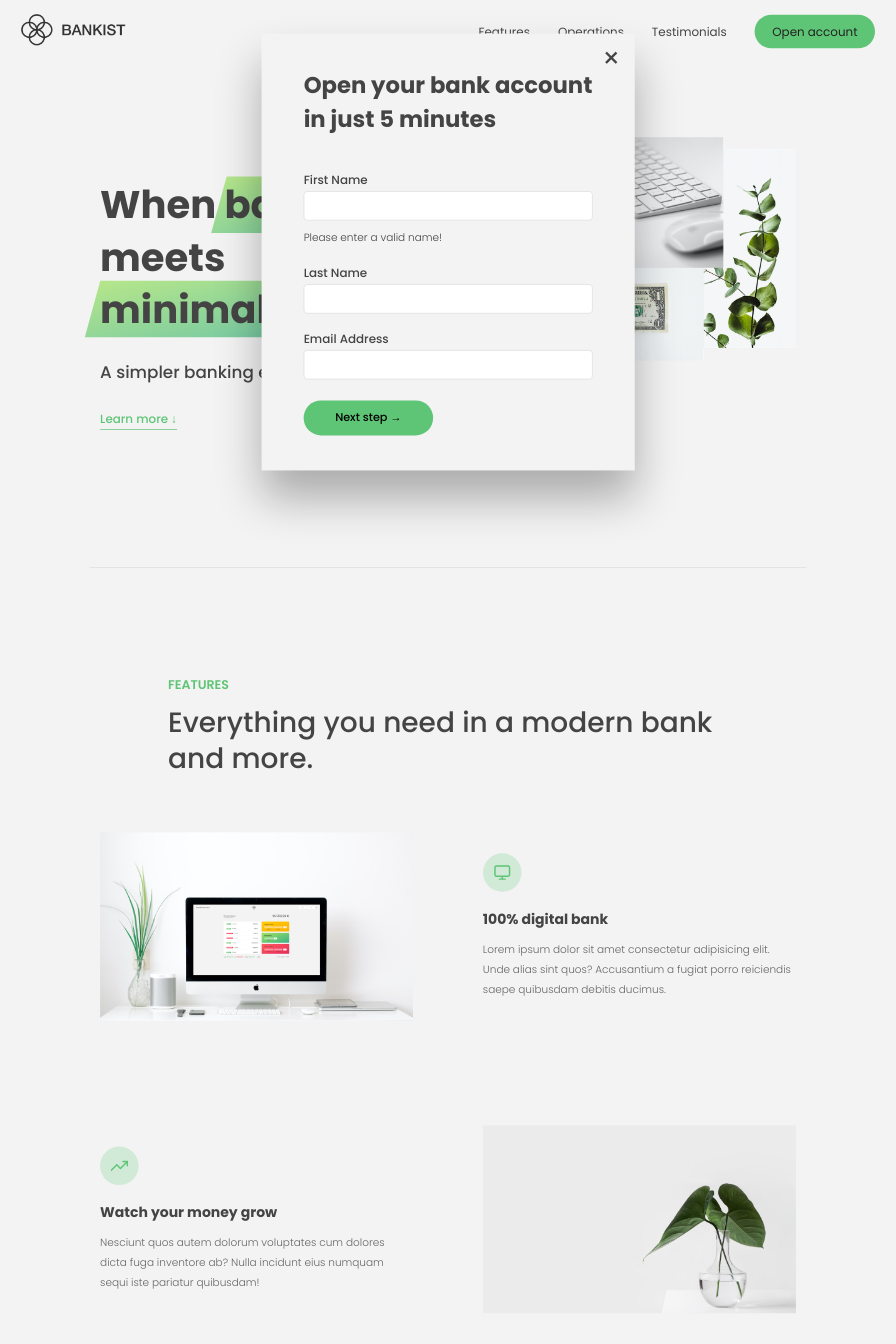
Repository: nptg3105/Bankist
Page: index.html
An editor plug-in stored every save of this project. The page is shown before and after the next save, followed by the edit.
The browser window is 1280 px wide. The pictures show the part of the page from y = 0 to 1920 px (the page is 5256 px tall), at 70% of full size.
Some web libraries are served in a nearby version.

Above is the page before, as saved 2022-06-03 15:01:53.

### index.html
<!DOCTYPE html>
<html lang="en">
  <head>
    <meta charset="UTF-8" />
    <meta name="viewport" content="width=device-width, initial-scale=1.0" />
    <meta http-equiv="X-UA-Compatible" content="ie=edge" />
    <link rel="shortcut icon" type="image/png" href="images/icon.png" />

    <link
      href="https://fonts.googleapis.com/css?family=Poppins:300,400,500,600&display=swap"
      rel="stylesheet"
    />
    <link
      rel="stylesheet"
      href="https://cdnjs.cloudflare.com/ajax/libs/font-awesome/6.1.1/css/all.min.css"
      integrity="sha512-KfkfwYDsLkIlwQp6LFnl8zNdLGxu9YAA1QvwINks4PhcElQSvqcyVLLD9aMhXd13uQjoXtEKNosOWaZqXgel0g=="
      crossorigin="anonymous"
      referrerpolicy="no-referrer"
    />
    <link rel="stylesheet" href="dist/index.css" />
    <title>Bankist | When Banking meets Minimalist</title>
  </head>
  <body>
    <nav class="nav container-fluid">
      <a href="#header"
        ><img
          src="images/logo.png"
          alt="Bankist logo"
          class="nav__logo"
          id="logo"
      /></a>
      <ul class="nav__links">
        <li class="nav__item">
          <a class="nav__link" href="#section--1">Features</a>
        </li>
        <li class="nav__item">
          <a class="nav__link" href="#section--2">Operations</a>
        </li>
        <li class="nav__item">
          <a class="nav__link" href="#section--3">Testimonials</a>
        </li>
        <li class="nav__item">
          <a class="nav__link nav__link--btn btn--show-modal" href="#"
            >Open account</a
          >
        </li>
      </ul>

      <div class="nav__button">
        <div class="nav__hamburger">
          <span></span>
        </div>
      </div>
    </nav>
    <ul class="nav-mobile">
      <div class="nav-mobile__links">
        <li class="nav-mobile__link"><a href="#section--1">Features</a></li>
        <li class="nav-mobile__link"><a href="#section--2">Operations</a></li>
        <li class="nav-mobile__link"><a href="#section--3">Testimonials</a></li>
        <li class="nav-mobile__link">
          <a class="nav__link--btn btn--show-modal" href="#">Open account</a>
        </li>
      </div>
    </ul>
    <header id="header" class="header container">
      <div class="header__title">
        <h1>
          When
          <!-- Green highlight effect -->
          <span class="highlight">banking</span>
          meets<br />
          <span class="highlight">minimalist</span>
        </h1>
        <h4>A simpler banking experience for a simpler life.</h4>
        <button class="btn--text btn--scroll-to">Learn more &DownArrow;</button>
        <img
          src="images/hero.png"
          class="header__img"
          alt="Minimalist bank items"
        />
      </div>
    </header>

    <section class="section container" id="section--1">
      <div class="section__title">
        <h2 class="section__description">Features</h2>
        <h3 class="section__header">
          Everything you need in a modern bank and more.
        </h3>
      </div>

      <div class="features">
        <div class="features__item">
          <img
            src="images/digital-lazy.jpg"
            data-src="images/digital.jpg"
            alt="Computer"
            class="features__img lazy-img"
          />
          <div class="features__feature">
            <div class="features__icon">
              <svg>
                <use xlink:href="images/icons.svg#icon-monitor"></use>
              </svg>
            </div>
            <h5 class="features__header">100% digital bank</h5>
            <p>
              Lorem ipsum dolor sit amet consectetur adipisicing elit. Unde
              alias sint quos? Accusantium a fugiat porro reiciendis saepe
              quibusdam debitis ducimus.
            </p>
          </div>
        </div>

        <div class="features__item features__item--reverse">
          <img
            src="images/grow-lazy.jpg"
            data-src="images/grow.jpg"
            alt="Plant"
            class="features__img lazy-img"
          />
          <div class="features__feature">
            <div class="features__icon">
              <svg>
                <use xlink:href="images/icons.svg#icon-trending-up"></use>
              </svg>
            </div>
            <h5 class="features__header">Watch your money grow</h5>
            <p>
              Nesciunt quos autem dolorum voluptates cum dolores dicta fuga
              inventore ab? Nulla incidunt eius numquam sequi iste pariatur
              quibusdam!
            </p>
          </div>
        </div>

        <div class="features__item">
          <img
            src="images/card-lazy.jpg"
            data-src="images/card.jpg"
            alt="Credit card"
            class="features__img lazy-img"
          />
          <div class="features__feature">
            <div class="features__icon">
              <svg>
                <use xlink:href="images/icons.svg#icon-credit-card"></use>
              </svg>
            </div>
            <h5 class="features__header">Free debit card included</h5>
            <p>
              Quasi, fugit in cumque cupiditate reprehenderit debitis animi enim
              eveniet consequatur odit quam quos possimus assumenda dicta fuga
              inventore ab.
            </p>
          </div>
        </div>
      </div>
    </section>

    <section class="section container" id="section--2">
      <div class="section__title">
        <h2 class="section__description">Operations</h2>
        <h3 class="section__header">
          Everything as simple as possible, but no simpler.
        </h3>
      </div>

      <div class="operations">
        <div class="operations__tab-container">
          <button
            class="btn operations__tab operations__tab--1 operations__tab--active"
            data-tab="1"
          >
            <span>01</span>Instant Transfers
          </button>
          <button class="btn operations__tab operations__tab--2" data-tab="2">
            <span>02</span>Instant Loans
          </button>
          <button class="btn operations__tab operations__tab--3" data-tab="3">
            <span>03</span>Instant Closing
          </button>
        </div>
        <div
          class="operations__content operations__content--1 operations__content--active"
        >
          <div class="operations__icon operations__icon--1">
            <svg>
              <use xlink:href="images/icons.svg#icon-upload"></use>
            </svg>
          </div>
          <h5 class="operations__header">
            Tranfser money to anyone, instantly! No fees, no BS.
          </h5>
          <p>
            Lorem ipsum dolor sit amet, consectetur adipisicing elit, sed do
            eiusmod tempor incididunt ut labore et dolore magna aliqua. Ut enim
            ad minim veniam, quis nostrud exercitation ullamco laboris nisi ut
            aliquip ex ea commodo consequat.
          </p>
        </div>

        <div class="operations__content operations__content--2">
          <div class="operations__icon operations__icon--2">
            <svg>
              <use xlink:href="images/icons.svg#icon-home"></use>
            </svg>
          </div>
          <h5 class="operations__header">
            Buy a home or make your dreams come true, with instant loans.
          </h5>
          <p>
            Duis aute irure dolor in reprehenderit in voluptate velit esse
            cillum dolore eu fugiat nulla pariatur. Excepteur sint occaecat
            cupidatat non proident, sunt in culpa qui officia deserunt mollit
            anim id est laborum.
          </p>
        </div>
        <div class="operations__content operations__content--3">
          <div class="operations__icon operations__icon--3">
            <svg>
              <use xlink:href="images/icons.svg#icon-user-x"></use>
            </svg>
          </div>
          <h5 class="operations__header">
            No longer need your account? No problem! Close it instantly.
          </h5>
          <p>
            Excepteur sint occaecat cupidatat non proident, sunt in culpa qui
            officia deserunt mollit anim id est laborum. Ut enim ad minim
            veniam, quis nostrud exercitation ullamco laboris nisi ut aliquip ex
            ea commodo consequat.
          </p>
        </div>
      </div>
    </section>

    <section class="section container" id="section--3">
      <div class="section__title section__title--testimonials">
        <h2 class="section__description">Not sure yet?</h2>
        <h3 class="section__header">
          Millions of Bankists are already making their lifes simpler.
        </h3>
      </div>

      <div class="slider">
        <div class="slide slide--1">
          <div class="testimonial">
            <h5 class="testimonial__header">Best financial decision ever!</h5>
            <blockquote class="testimonial__text">
              Lorem ipsum dolor sit, amet consectetur adipisicing elit.
              Accusantium quas quisquam non? Quas voluptate nulla minima
              deleniti optio ullam nesciunt, numquam corporis et asperiores
              laboriosam sunt, praesentium suscipit blanditiis. Necessitatibus
              id alias reiciendis, perferendis facere pariatur dolore veniam
              autem esse non voluptatem saepe provident nihil molestiae.
            </blockquote>
            <address class="testimonial__author">
              <img src="images/user-1.jpg" alt="" class="testimonial__photo" />
              <h6 class="testimonial__name">Aarav Lynn</h6>
              <p class="testimonial__location">San Francisco, USA</p>
            </address>
          </div>
        </div>

        <div class="slide slide--2">
          <div class="testimonial">
            <h5 class="testimonial__header">
              The last step to becoming a complete minimalist
            </h5>
            <blockquote class="testimonial__text">
              Quisquam itaque deserunt ullam, quia ea repellendus provident,
              ducimus neque ipsam modi voluptatibus doloremque, corrupti
              laborum. Incidunt numquam perferendis veritatis neque repellendus.
              Lorem, ipsum dolor sit amet consectetur adipisicing elit. Illo
              deserunt exercitationem deleniti.
            </blockquote>
            <address class="testimonial__author">
              <img src="images/user-2.jpg" alt="" class="testimonial__photo" />
              <h6 class="testimonial__name">Miyah Miles</h6>
              <p class="testimonial__location">London, UK</p>
            </address>
          </div>
        </div>

        <div class="slide slide--3">
          <div class="testimonial">
            <h5 class="testimonial__header">
              Finally free from old-school banks
            </h5>
            <blockquote class="testimonial__text">
              Debitis, nihil sit minus suscipit magni aperiam vel tenetur
              incidunt commodi architecto numquam omnis nulla autem,
              necessitatibus blanditiis modi similique quidem. Odio aliquam
              culpa dicta beatae quod maiores ipsa minus consequatur error sunt,
              deleniti saepe aliquid quos inventore sequi. Necessitatibus id
              alias reiciendis, perferendis facere.
            </blockquote>
            <address class="testimonial__author">
              <img src="images/user-3.jpg" alt="" class="testimonial__photo" />
              <h6 class="testimonial__name">Francisco Gomes</h6>
              <p class="testimonial__location">Lisbon, Portugal</p>
            </address>
          </div>
        </div>

        <!-- <div class="slide"><img src="images/img-1.jpg" alt="Photo 1" /></div>
        <div class="slide"><img src="images/img-2.jpg" alt="Photo 2" /></div>
        <div class="slide"><img src="images/img-3.jpg" alt="Photo 3" /></div>
        <div class="slide"><img src="images/img-4.jpg" alt="Photo 4" /></div> -->
        <button class="slider__btn slider__btn--left">&larr;</button>
        <button class="slider__btn slider__btn--right">&rarr;</button>
        <div class="dots"></div>
      </div>
    </section>

    <section class="section section--sign-up">
      <div class="container">
        <div class="section__title">
          <h3 class="section__header">
            The best day to join Bankist was one year ago. The second best is
            today!
          </h3>
        </div>
        <button class="btn btn--show-modal">
          Open your free account today!
        </button>
      </div>
    </section>

    <footer class="footer">
      <div class="container">
        <ul class="footer__nav">
          <li class="footer__item">
            <a class="footer__link" href="#">About</a>
          </li>
          <li class="footer__item">
            <a class="footer__link" href="#">Pricing</a>
          </li>
          <li class="footer__item">
            <a class="footer__link" href="#">Terms of Use</a>
          </li>
          <li class="footer__item">
            <a class="footer__link" href="#">Privacy Policy</a>
          </li>
          <li class="footer__item">
            <a class="footer__link" href="#">Careers</a>
          </li>
          <li class="footer__item">
            <a class="footer__link" href="#">Blog</a>
          </li>
          <li class="footer__item">
            <a class="footer__link" href="#">Contact Us</a>
          </li>
        </ul>
        <img src="images/icon.png" alt="Logo" class="footer__logo" />
        <p class="footer__copyright">
          &copy; Copyright by
          <a
            class="footer__link twitter-link"
            target="_blank"
            href="https://twitter.com/jonasschmedtman"
            >Jonas Schmedtmann</a
          >. Use for learning or your portfolio. Don't use to teach. Don't claim
          as your own product.
        </p>
      </div>
    </footer>

    <div class="modal">
      <button class="btn--close-modal">&times;</button>
      <h2 class="modal__header">
        Open your bank account <br />
        in just <span class="highlight">5 minutes</span>
      </h2>
      <form class="modal__form">
        <div class="modal__control">
          <label for="first-name" class="modal__label">First Name</label>
          <input id="first-name" class="modal__input" type="text" />
          <small>Please enter a valid name!</small>
        </div>
        <div class="modal__control">
          <label for="last-name" class="modal__label">Last Name</label>
          <input id="last-name" class="modal__input" type="text" />
          <small></small>
        </div>
        <div class="modal__control">
          <label for="email" class="modal__label">Email Address</label>
          <input id="email" class="modal__input" type="email" />
          <small></small>
        </div>
        <button type="submit" class="btn">Next step &rarr;</button>
      </form>
    </div>
    <div class="overlay hidden"></div>

    <script src="./src/js/script.js"></script>
  </body>
</html>

Loaded but not shown: dist/index.css (library); src/js/script.js (374 lines, source omitted)

After the next save:
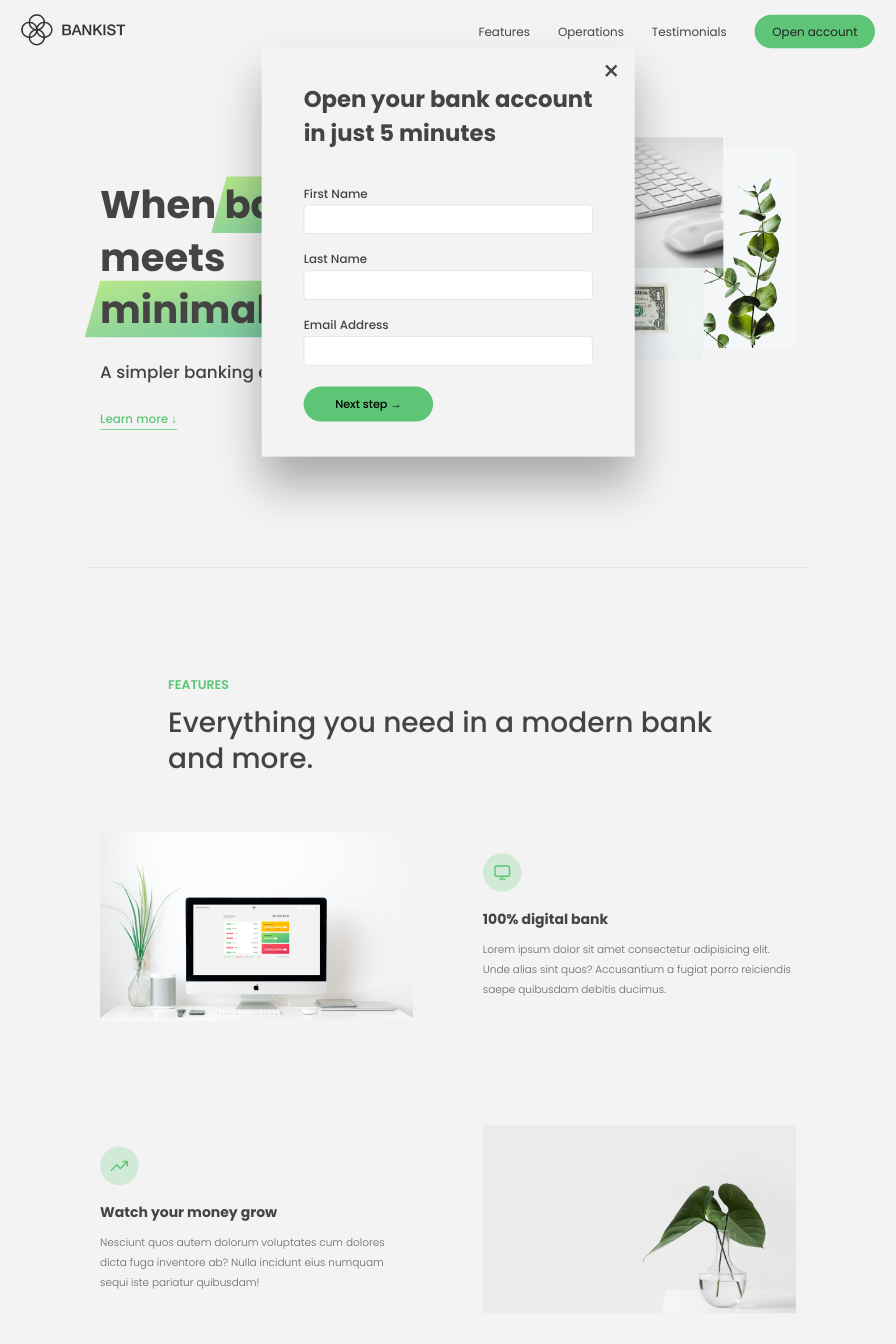
Saved 7 s later.
--- a/index.html
+++ b/index.html
@@ -377,7 +377,7 @@
         <div class="modal__control">
           <label for="first-name" class="modal__label">First Name</label>
           <input id="first-name" class="modal__input" type="text" />
-          <small>Please enter a valid name!</small>
+          <small></small>
         </div>
         <div class="modal__control">
           <label for="last-name" class="modal__label">Last Name</label>
